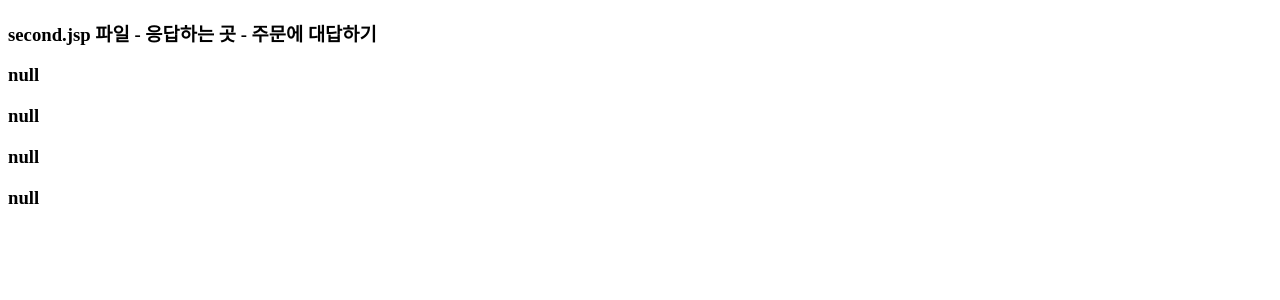
Repository: mi-ci/ai
Page: http://localhost/jsp01/ch04/second.jsp
The author's editor kept a copy of each file at every save. The page is drawn from the files as they stood at one save, then again after the next save.
The browser window is 1280 px wide. The pictures show the whole page.
The page is served by Tomcat 9. Other server files are loaded and not shown.

Above is the page before, as saved 2024-01-17 06:37:35.

### jsp01/src/main/webapp/ch04/second.jsp
<%@ page language="java" contentType="text/html; charset=UTF-8"
    pageEncoding="UTF-8"%>
<!DOCTYPE html>
<html>
<head>
<meta charset="UTF-8">
<title>응답 담당</title>
</head>
<body>
	<h3> second.jsp 파일 - 응답하는 곳 - 주문에 대답하기</h3>
	<h3> <%= request.getParameter("date") %></h3>
	<h3> <%= request.getParameter("age") %></h3>
	<h3> <%= request.getParameter("school") %></h3>
	<h3> <%= request.getParameter("name") %></h3>

</body>
</html>

After the next save:
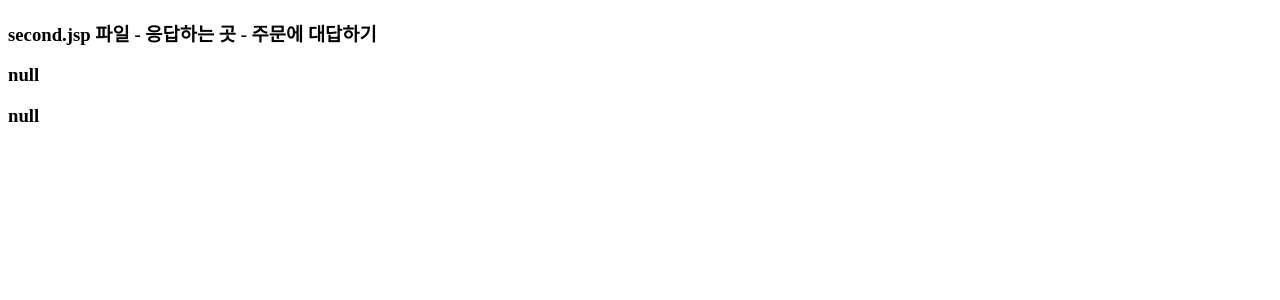
Saved 3 min 1 s later.
--- a/jsp01/src/main/webapp/ch04/second.jsp
+++ b/jsp01/src/main/webapp/ch04/second.jsp
@@ -10,8 +10,8 @@
 	<h3> second.jsp 파일 - 응답하는 곳 - 주문에 대답하기</h3>
 	<h3> <%= request.getParameter("date") %></h3>
 	<h3> <%= request.getParameter("age") %></h3>
-	<h3> <%= request.getParameter("school") %></h3>
-	<h3> <%= request.getParameter("name") %></h3>
+	<h3> <% String school =  request.getParameter("school"); %></h3>
+	<h3> <% String name = request.getParameter("name"); %></h3>
 
 </body>
 </html>
